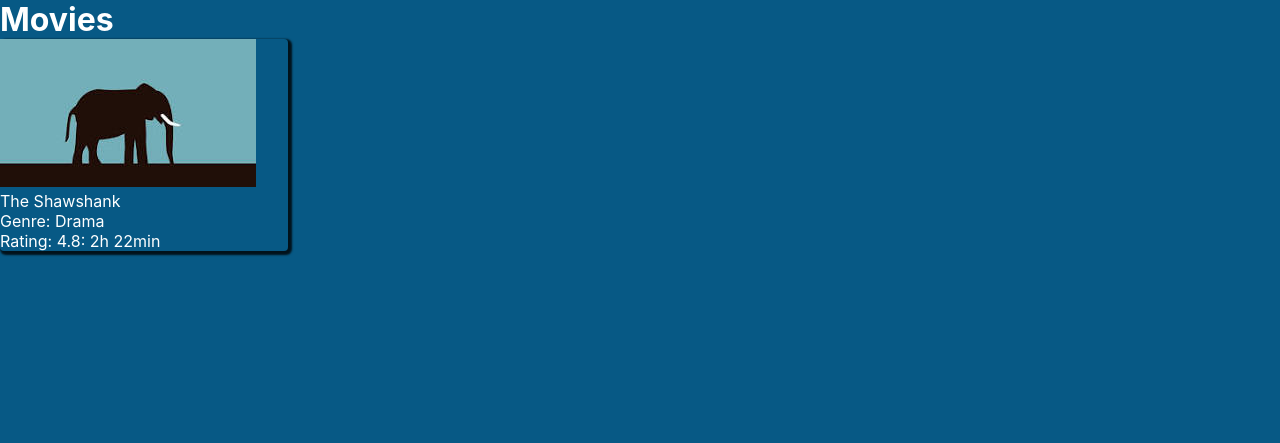
Repository: sbodova24/REACT__MovieApp
Page: /
The author's editor kept a copy of each file at every save. The page is drawn from the files as they stood at one save, then again after a run of saves.
The browser window is 1280 px wide. The pictures show the whole page.
The page's requests for data from a server got no answer. The project was rebuilt for these pictures with package versions that can differ from the ones it lists, and the page was loaded fresh each time. No one was signed in, and anything a server would have sent is missing.

Above is the page before, as saved 2024-11-13 06:10:19.

After the next 4 saves:
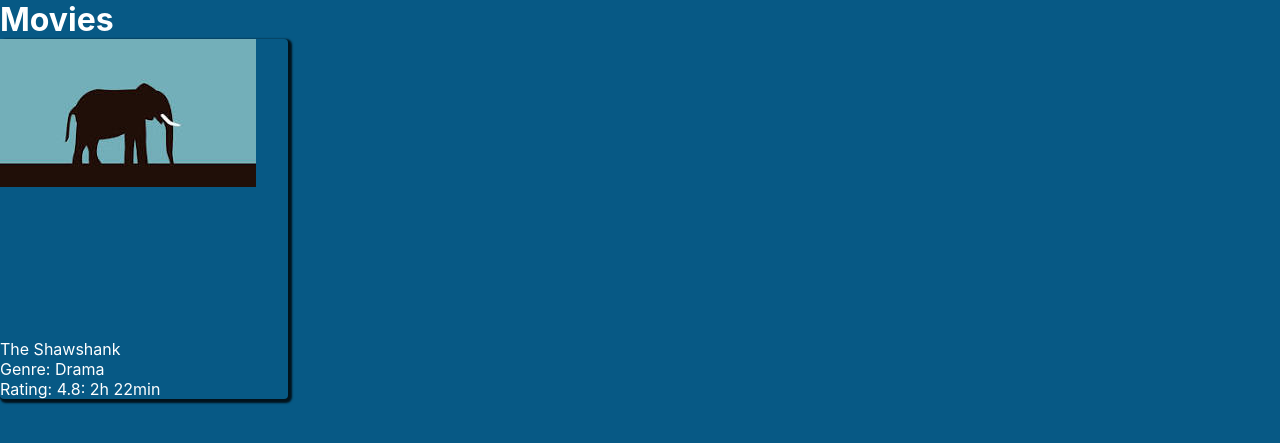
The 4 saves are shown as one change because they came seconds apart.
The last was saved 14 s later.
--- a/src/components/MovieCard/MovieCard.css
+++ b/src/components/MovieCard/MovieCard.css
@@ -6,5 +6,6 @@
 }
 
 .card-img-container {
-  width
+  width:100%;
+  height: 300px;
 }
